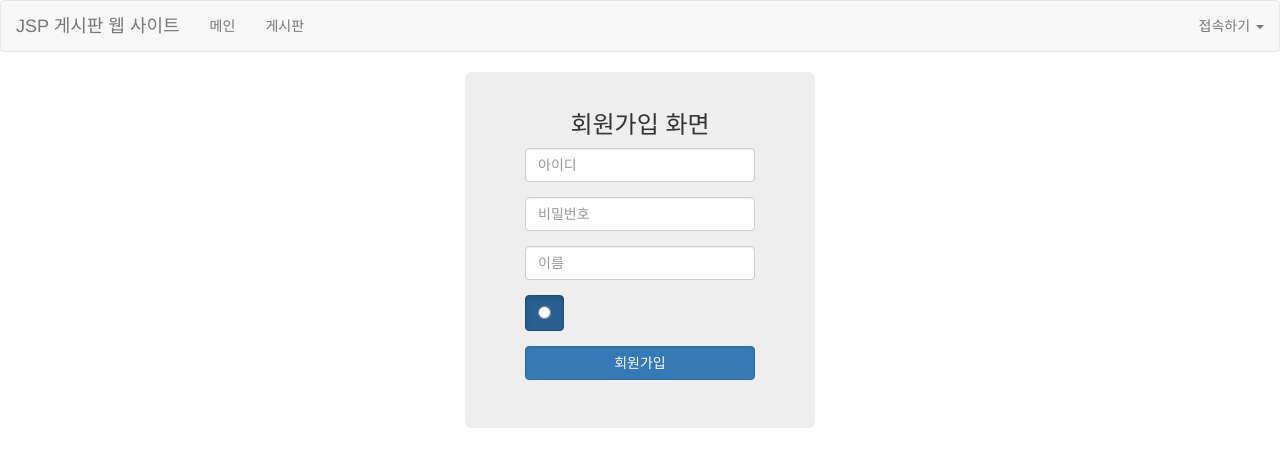
Repository: GorillaDunk/JSP
Page: http://localhost/BBS/join.jsp
An editor plug-in stored every save of this project. The page is shown before and after the next save, followed by the edit.
The browser window is 1280 px wide. The pictures show the whole page.
Some web libraries are served in a nearby version. The page is served by Tomcat 9.

Above is the page before, as saved 2023-10-14 10:01:15.

After the next save:
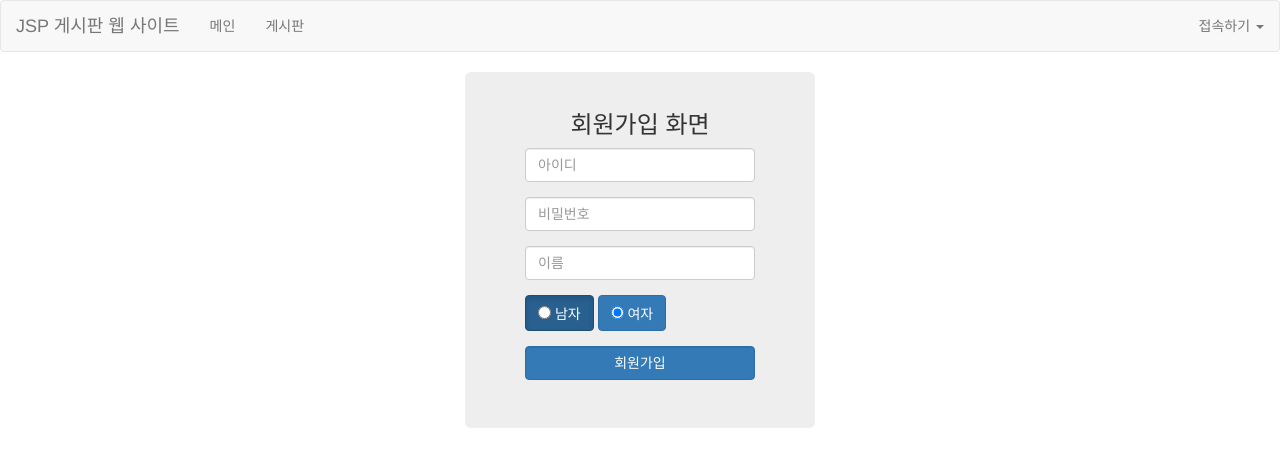
Saved 3 min 24 s later.
--- a/projects/BBS/src/main/webapp/join.jsp
+++ b/projects/BBS/src/main/webapp/join.jsp
@@ -60,9 +60,12 @@
 						<input type="text" class="form-control" placeholder="이름" name="userName" maxlength="20">
 					</div>
 					<div class="form-group style="text-align: center;">
-						<div class="btn btn-primary active">
-						<input type="radio" name="userGender" autocomplete="off">
-						</div>
+						<label class="btn btn-primary active">
+							<input type="radio" name="userGender" autocomplete="off" value="남자" checked> 남자
+						</label>
+						<label class="btn btn-primary">
+							<input type="radio" name="userGender" autocomplete="off" value="여자" checked> 여자
+						</label>
 					</div>
 					<input type="submit" class="btn btn-primary form-control" value="회원가입">
 				</form>
